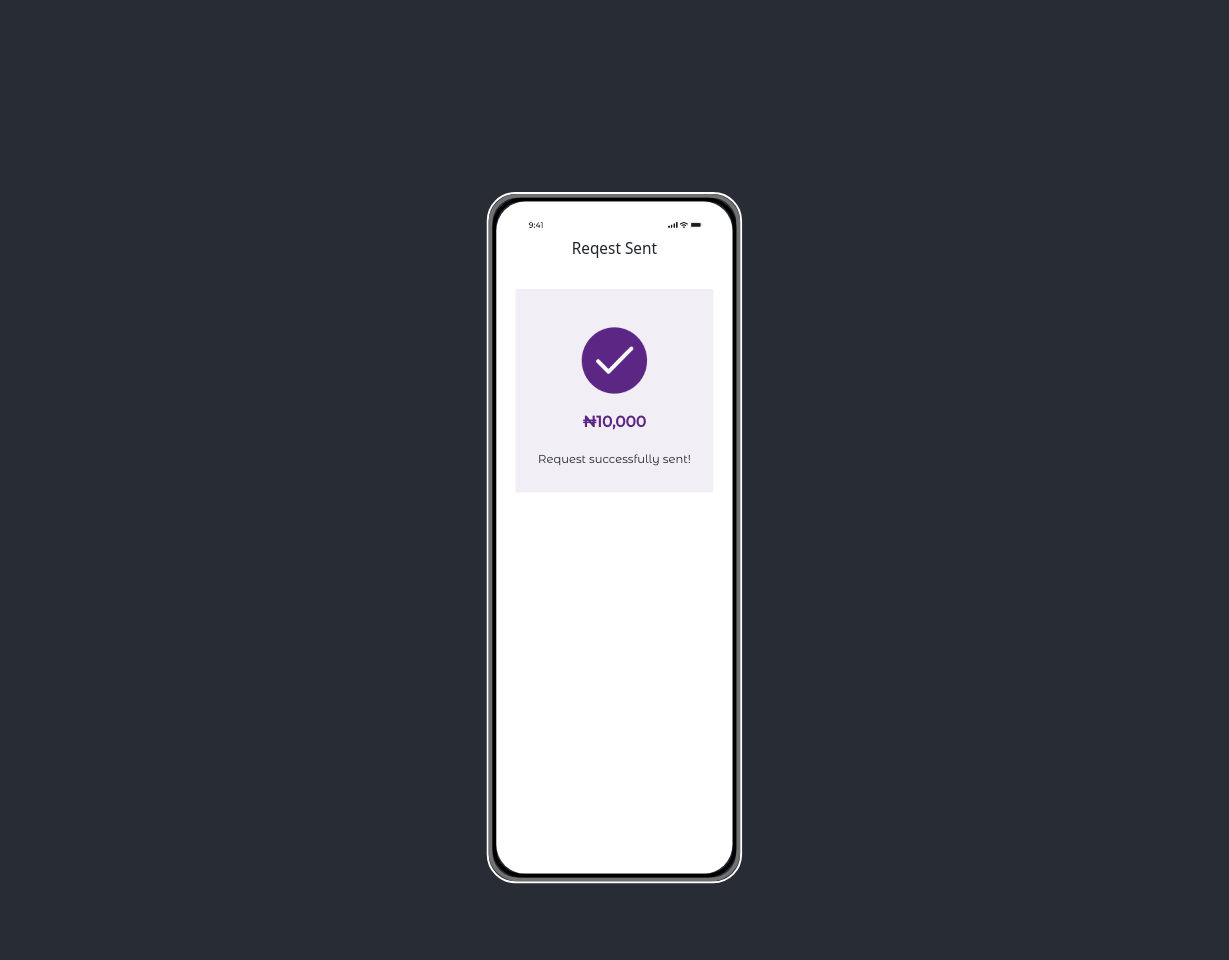
Repository: sarahnnanyelugo/fcmb-hackathon
Page: /success-page
These files come from the project's save history. The page is drawn as it stood at one moment and after the next save; the edit follows.
The browser window is 1280 px wide. The pictures show the whole page, at 96% of full size.
The project was rebuilt for these pictures with package versions that can differ from the ones it lists, and the page was loaded fresh each time. Also part of the build but not shown: src/Pages/Home.js, src/components/components.scss, src/components/AccList.js, src/TestData.js/AccList.js, src/components/Beneficiaries.js, src/components/VerificationCodeInput/code-input.scss, src/components/VerificationCodeInput/VerifyCode.js, src/components/Loader.js and 2 more.

Above is the page before, as saved 2023-10-29 11:53:51.

After the next save:
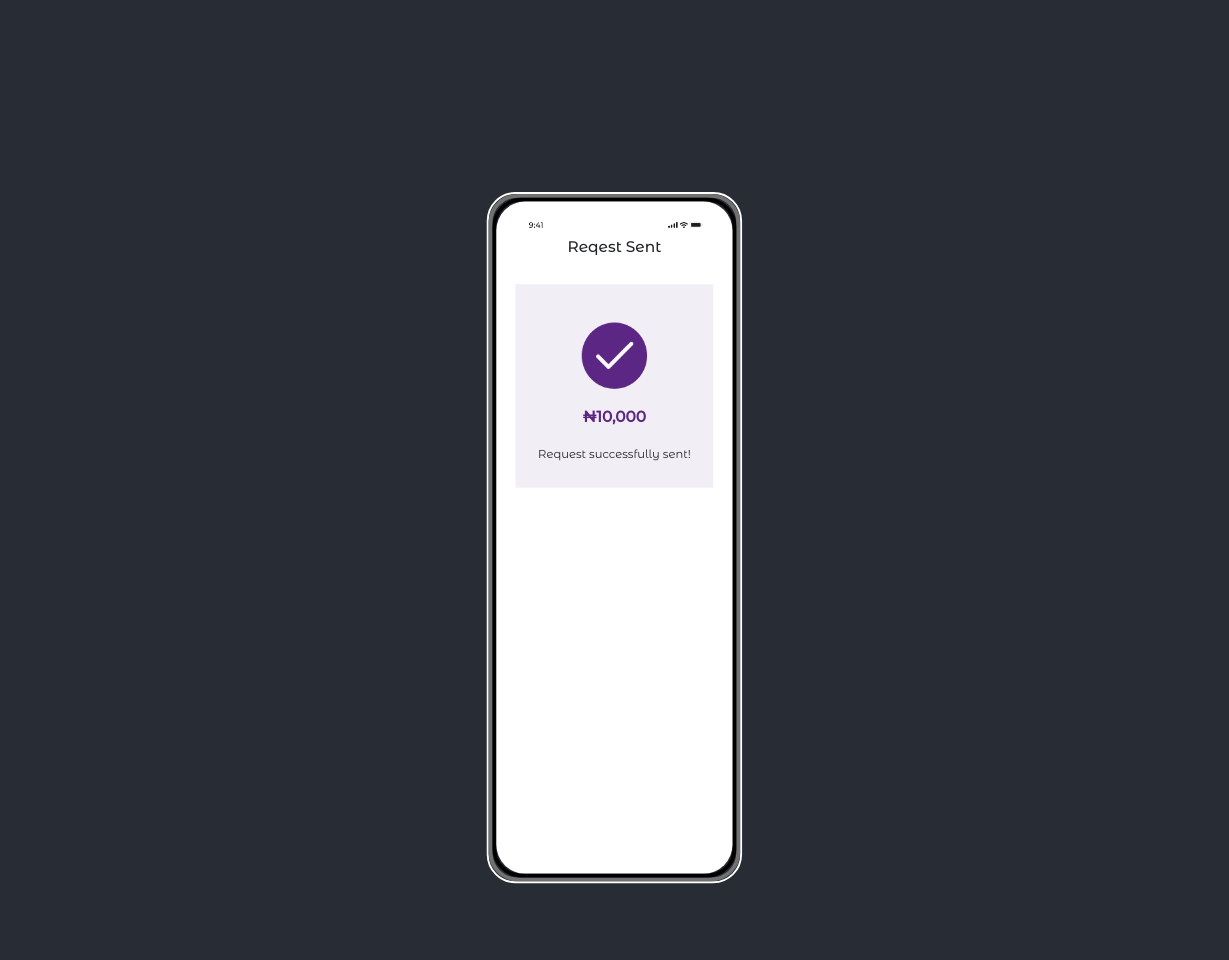
Saved 47 s later.
--- a/src/Pages/SuccessPage.js
+++ b/src/Pages/SuccessPage.js
@@ -16,7 +16,9 @@ export const SuccessPage = () => {
                     <div className="app-face">
                       {" "}
                       <img src={Top} alt="icon" width="100%" />{" "}
-                      <center>Reqest Sent</center>
+                      <center>
+                        <h6>Reqest Sent</h6>
+                      </center>
                       <div className="col-md-12 success-div">
                         <center>
                           <div className="col-md-4">
